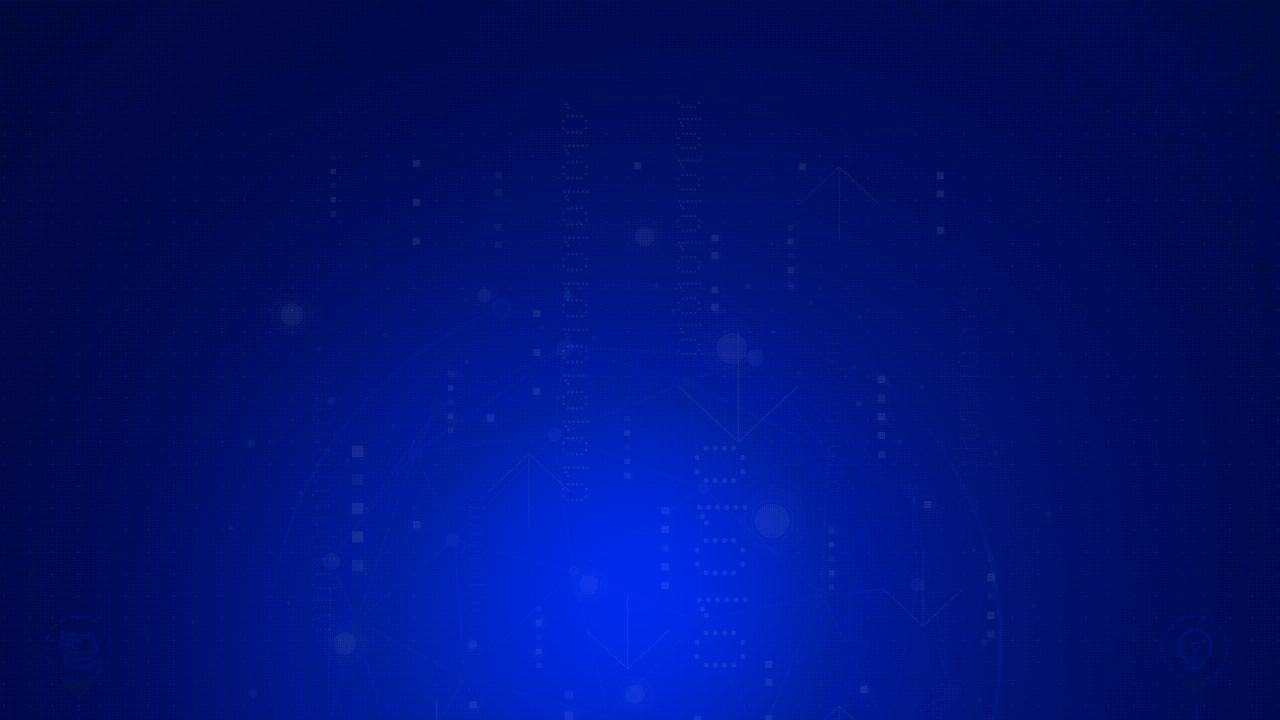
Repository: Jasonlee6789/ECharts
Page: Echarts/index.html
An editor plug-in stored every save of this project. The page is shown before and after the next save, followed by the edit.
The browser window is 1280 px wide. The pictures show the whole page.
The style sheet was rebuilt from its Sass, Less or Tailwind sources for each picture, by a compiler version that may differ from the author's.

Above is the page before, as saved 2020-05-21 15:28:12.

### Echarts/index.html
<!DOCTYPE html>
<html lang="en">

<head>
    <meta charset="UTF-8">
    <meta name="viewport" content="width=device-width, initial-scale=1.0">
    <title>ECharts-Jing</title>
    <link rel="stylesheet" href="css/index.css">

</head>

<body>
    <script src="flexible.js"></script>
    <div class="box"></div>
</body>

</html>

### Echarts/js/flexible.js
(function flexible(window, document) {
    var docEl = document.documentElement;
    var dpr = window.devicePixelRatio || 1;

    // adjust body font size
    function setBodyFontSize() {
        if (document.body) {
            document.body.style.fontSize = 12 * dpr + "px";
        } else {
            document.addEventListener("DOMContentLoaded", setBodyFontSize);
        }
    }
    setBodyFontSize();

    // set 1rem = viewWidth / 10 （默认屏幕划分10等份 1920/24=80）
    function setRemUnit() {
        var rem = docEl.clientWidth / 24;
        docEl.style.fontSize = rem + "px";
    }

    setRemUnit();

    // reset rem unit on page resize
    window.addEventListener("resize", setRemUnit);
    window.addEventListener("pageshow", function (e) {
        if (e.persisted) {
            setRemUnit();
        }
    });

    // detect 0.5px supports
    if (dpr >= 2) {
        var fakeBody = document.createElement("body");
        var testElement = document.createElement("div");
        testElement.style.border = ".5px solid transparent";
        fakeBody.appendChild(testElement);
        docEl.appendChild(fakeBody);
        if (testElement.offsetHeight === 1) {
            docEl.classList.add("hairlines");
        }
        docEl.removeChild(fakeBody);
    }
})(window, document);

### Echarts/css/index.less
// css 初始化
* {
    margin: 0;
    padding: 0;
    box-sizing: border-box;
}

li {
    list-style: none;
}

/* 声明字体*/
@font-face {
    font-family: electronicFont;
    src: url(../font/DS-DIGIT.TTF);
}

body {
    background: url(../images/bg.jpg) no-repeat top center;
    line-height: 1.15;
}

header {
    position: relative;
    height: 1.25rem;
    background: url(../images/head_bg.png) no-repeat;
    background-size: 100% 100%;

    h1 {
        font-size: 0.475rem;
        color: #fff;
        text-align: center;
        line-height: 1rem;
    }

    .showTime {
        position: absolute;
        right: 0.375rem;
        top: 0;
        line-height: 0.9375rem;
        color: rgba(255, 255, 255, 0.7);
        font-size: 0.25rem;
    }
}

// 页面主体盒子
.mainbox {
    display: flex;
    min-width: 1024px;
    max-width: 1920px;
    margin: 0 auto;
    padding: 0.125rem 0.125rem 0;

    .column {
        flex: 3;
    }

    .column:nth-child(2) {
        flex: 5;
        margin: 0 0.125rem 0.1875rem;
        overflow: hidden;
    }

    .panel {
        position: relative;
        height: 3.875rem;
        padding: 0 0.1875rem 0.5rem;
        border: 1px solid rgba(25, 186, 139, 0.17);
        margin-bottom: 0.1875rem;
        background: url(../images/line\(1\).png) rgba(255, 255, 255, 0.03);

        &::before {
            position: absolute;
            top: 0;
            left: 0;
            width: 10px;
            height: 10px;
            border-left: 2px solid #02a6b5;
            border-top: 2px solid #02a6b5;
            content: "";
        }

        &::after {
            position: absolute;
            top: 0;
            right: 0;
            width: 10px;
            height: 10px;
            border-right: 2px solid #02a6b5;
            border-top: 2px solid #02a6b5;
            content: "";
        }

        .panel-footer {
            position: absolute;
            bottom: 0;
            left: 0;
            width: 100%;

            &::before {
                position: absolute;
                left: 0;
                bottom: 0;
                width: 10px;
                height: 10px;
                border-left: 2px solid #02a6b5;
                border-bottom: 2px solid #02a6b5;
                content: "";
            }

            &::after {
                position: absolute;
                bottom: 0;
                right: 0;
                width: 10px;
                height: 10px;
                border-right: 2px solid #02a6b5;
                border-bottom: 2px solid #02a6b5;
                content: "";
            }
        }

        h2 {
            height: 0.6rem;
            color: #fff;
            line-height: 0.6rem;
            text-align: center;
            font-size: 0.25rem;
            font-weight: 400;

            a {
                color: #fff;
                text-decoration: none;
                margin: 0 0.125rem;
            }
        }

        .chart {
            height: 3rem;
        }
    }
}

// no数字模块
.no {
    background: rgba(101, 132, 226, 0.1);
    padding: 0.1875rem;

    .no-hd {
        position: relative;
        border: 1px solid rgba(25, 186, 139, 0.17);

        &::before {
            position: absolute;
            top: 0;
            left: 0;
            content: "";
            width: 30px;
            height: 10px;
            border-top: 2px solid #02a6b5;
            border-left: 2px solid #02a6b5;
        }

        &::after {
            position: absolute;
            bottom: 0;
            right: 0;
            content: "";
            width: 30px;
            height: 10px;
            border-right: 2px solid #02a6b5;
            border-bottom: 2px solid #02a6b5;
        }

        ul {
            display: flex;

            li {
                position: relative;
                flex: 1;
                line-height: 1rem;
                font-size: 0.875rem;
                color: #ffeb7b;
                text-align: center;
                font-family: "electronicFont";

                &::after {
                    content: "";
                    position: absolute;
                    top: 25%;
                    right: 0;
                    height: 50%;
                    width: 1px;
                    background: rgba(255, 255, 255, 0.2);
                }
            }
        }
    }

    .no-bd {
        ul {
            display: flex;

            li {
                flex: 1;
                text-align: center;
                color: rgba(255, 255, 255, 0.7);
                font-size: 0.225rem;
                height: 0.5rem;
                line-height: 0.5rem;
                padding-top: 0.125rem;
            }
        }
    }
}

.map {
    position: relative;
    height: 10.125rem;

    .map1 {
        width: 6.475rem;
        height: 6.475rem;
        position: absolute;
        top: 50%;
        left: 50%;
        transform: translate(-50%, -50%);
        background: url(../images/map.png);
        background-size: 100% 100%;
        opacity: 0.3;
    }

    .map2 {
        position: absolute;
        top: 50%;
        left: 50%;
        transform: translate(-50%, -50%);
        width: 8.0375rem;
        height: 8.0375rem;
        background: url(../images/lbx.png);
        animation: rotate1 15s linear infinite;
        opacity: 0.6;
        background-size: 100% 100%;
    }

    .map3 {
        position: absolute;
        top: 50%;
        left: 50%;
        transform: translate(-50%, -50%);
        width: 7.075rem;
        height: 7.075rem;
        background: url(../images/jt.png);
        animation: rotate2 10s linear infinite;
        opacity: 0.6;
        background-size: 100% 100%;
    }

    .chart {
        position: absolute;
        top: 0;
        left: 0;
        // background-color: pink;
        width: 100%;
        height: 10.125rem;
    }

    @keyframes rotate1 {
        form {
            transform: translate(-50%, -50%) rotate(0deg);
        }

        to {
            transform: translate(-50%, -50%) rotate(360deg);
        }
    }

    @keyframes rotate2 {
        form {
            transform: translate(-50%, -50%) rotate(0deg);
        }

        to {
            transform: translate(-50%, -50%) rotate(-360deg);
        }
    }
}

/* 约束屏幕尺寸 */
@media screen and (max-width: 1024px) {
    html {
        font-size: 42px !important;
    }
}

@media screen and (min-width: 1920px) {
    html {
        font-size: 80px !important;
    }
}

After the next save:
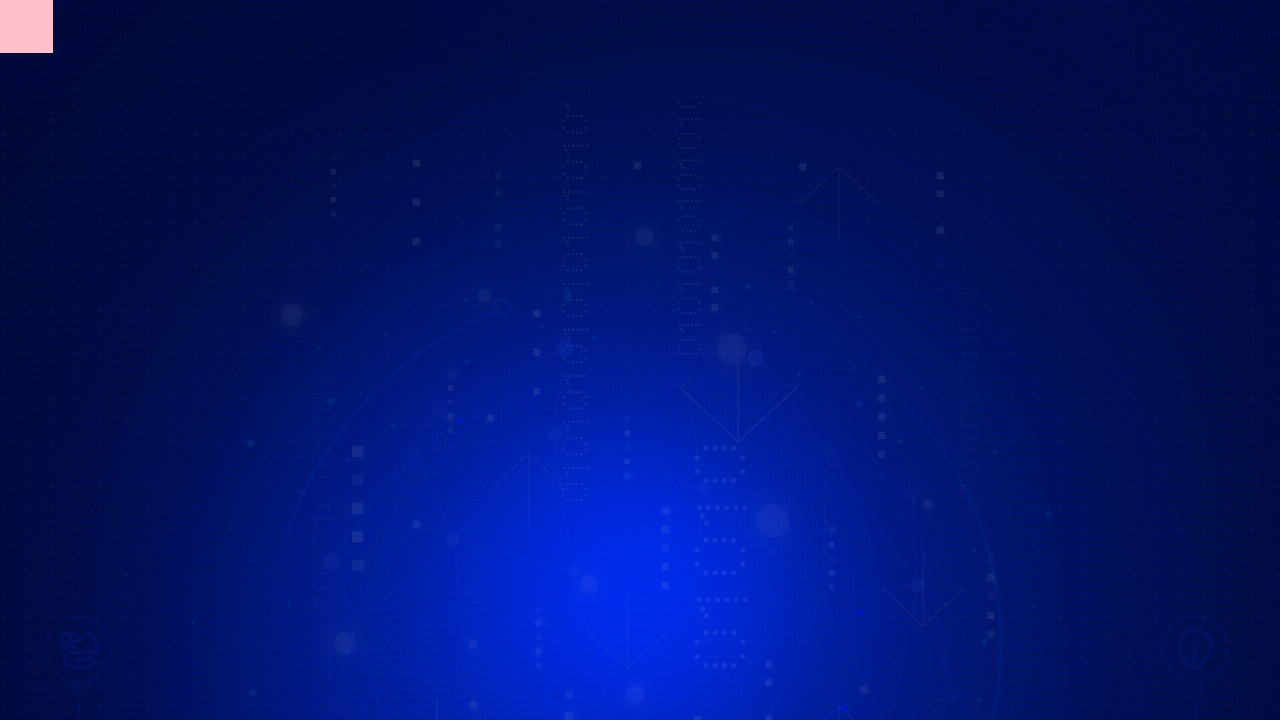
Saved 37 s later.
--- a/Echarts/css/index.less
+++ b/Echarts/css/index.less
@@ -3,6 +3,12 @@
     margin: 0;
     padding: 0;
     box-sizing: border-box;
+}
+
+.box {
+    width: 1rem;
+    height: 1rem;
+    background-color: pink;
 }
 
 li {
